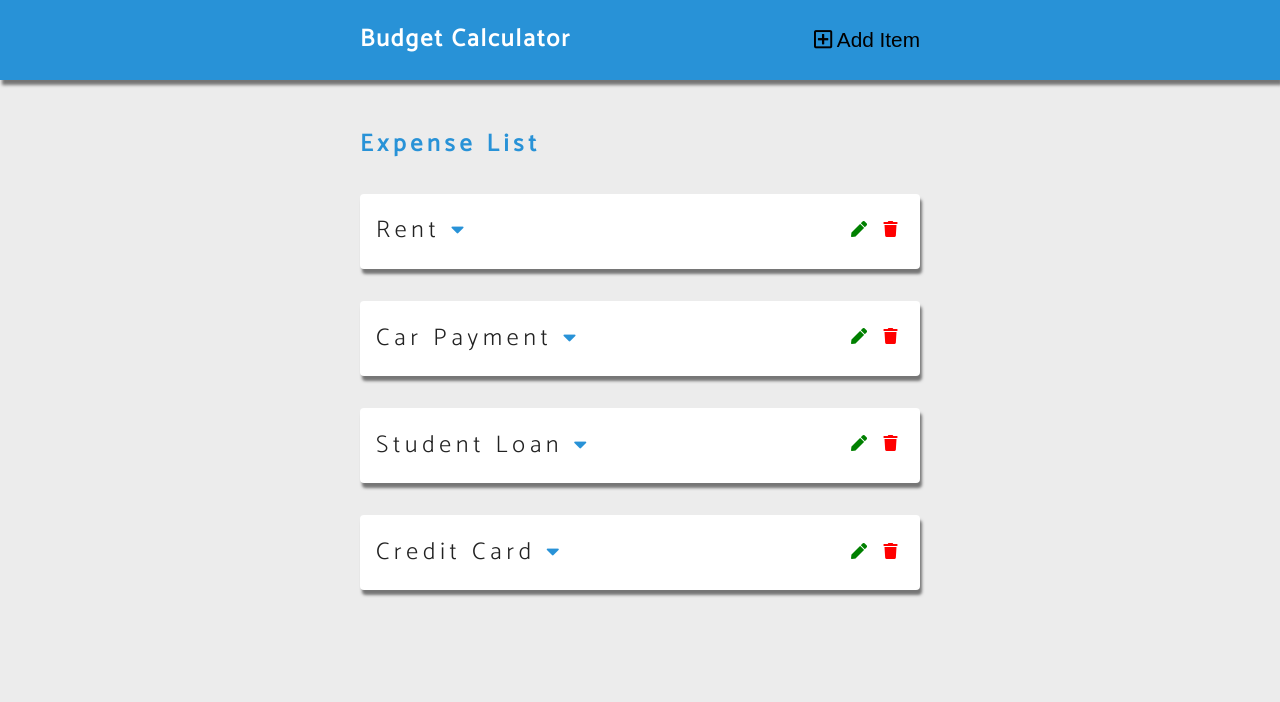
Repository: webdril/budget
Page: /
These files come from the project's save history. The page is drawn as it stood at one moment and after the next save; the edit follows.
The browser window is 1280 px wide. The pictures show the whole page.
The project was rebuilt for these pictures with package versions that can differ from the ones it lists, and the page was loaded fresh each time.

Above is the page before, as saved 2020-03-03 23:04:03.

### public/index.html
<!DOCTYPE html>
<html lang="en">
<head>
	<meta charset='utf-8'>
	<meta name='viewport' content='width=device-width,initial-scale=1'>

	<title>Budget Calculator</title>

	<link rel='icon' type='image/png' href='/favicon.png'>
	<link rel='stylesheet' href='/global.css'>
	<link rel='stylesheet' href='/build/bundle.css'>
	<!-- Font Awesome -->
	<link rel="stylesheet" href="fontawesome-free-5.11.2-web/css/all.min.css">

	<script defer src='/build/bundle.js'></script>
</head>

<body>
</body>
</html>

### src/App.svelte
<script>
import {setContext} from 'svelte';
// components
import Navbar from './Navbar.svelte'
import ExpensesList from './ExpensesList.svelte'

// Data
import expensesData from './expenses';

// variables
let expenses = [...expensesData];

// functions
function removeExpense(id){
	expenses = expenses.filter(item =>item.id !== id);
}

// context
setContext('remove', removeExpense)
</script>

<!-- CSS/STYLING -->

<Navbar />
<main class="content">
	<ExpensesList {expenses}/>
</main>

### src/Navbar.svelte
<nav class="nav">
	<div class="nav-center">
		<h1 class="nav-title">Budget Calculator</h1>
		<button type="button" class="nav-btn">
			<i class="far fa-plus-square" />
			Add Item
		</button>
	</div>
</nav>

### src/ExpensesList.svelte
<script>
import SectionTitle from './Title.svelte';
import Expense from './Expense.svelte';
export let expenses = [];
</script>

<style>
    h2 {
        text-transform: capitalize;
    }
</style>

<section>
    <SectionTitle title= 'expense list' />
    <ul>
        {#each expenses as expense, index}
            <!-- <Expense {expense}/> -->
            <!-- Anothr way below -->
            <Expense {...expense} />
            {:else}
                <h2>Currently you have no expenses</h2>
        {/each}
    </ul>
</section>

### src/Title.svelte
<script>
export let title = "default title";

</script>


<div class="main-title">
 <h2>{title}</h2>
</div>

### src/Expense.svelte
<script>
import {getContext} from 'svelte';
// export let expense
// let {name, amount} = expense
// Another method below
export let id;
export let name = "";
export let amount =0;
let displayAmount = false;

function toggleAmount () {
    displayAmount = !displayAmount
}
const removeExpense = getContext('remove');
</script>

<article class="single-expense">
    <div class="expense-infor">
        <h2>{name}
            <button class="amount-btn" on:click={toggleAmount}>
                <i class="fas fa-caret-down" />
            </button>
        </h2>
        {#if displayAmount}
        <h4>amount: ${amount}</h4>
        {/if}
    </div>
    <div class="expense-button">
        <button class="expense-btn edit-btn">
            <i class="fas fa-pen" />
        </button>
          <button class="expense-btn delete-btn"
          on:click={removeExpense(id)}>

            <i class="fas fa-trash" />
        </button>
    </div>
</article>

### public/global.css
/*
======
Fonts
======
*/
@import url("https://fonts.googleapis.com/css?family=Catamaran:300,400&display=swap");
/*
======
Variables
======
*/
:root {
  --primaryColor: #2892d7;
  --mainWhite: #fff;
  --offWhite: #f7f7f7;
  --mainBlack: #222;
  --mainGrey: #ececec;
  --darkGrey: #afafaf;
  --mainTransition: all 0.3s linear;
  --mainSpacing: 0.3rem;
  --lightShadow: 2px 5px 3px 0px rgba(0, 0, 0, 0.5);
  --darkShadow: 4px 10px 5px 0px rgba(0, 0, 0, 0.5);
  --mainBorderRadius: 0.25rem;
}
/*
======
Global Styles
======
*/
* {
  margin: 0;
  padding: 0;
  box-sizing: border-box;
}

body {
  font-family: "Catamaran", sans-serif;
  color: var(--mainBlack);
  background: var(--mainGrey);
  line-height: 1.4;
  font-size: 1rem;
  font-weight: 300;
}
h1,
h2,
h3,
h4,
h5,
h6 {
  font-family: "Catamaran", sans-serif;
  margin-bottom: 1.25rem;
  letter-spacing: var(--mainSpacing);
}
p {
  margin-bottom: 1.25rem;
}
ul {
  list-style-type: none;
}
a {
  text-decoration: none;
  color: var(--mainBlack);
}
/*
======
Buttons
======
*/
.btn,
.btn-white,
.btn-primary {
  text-transform: uppercase;
  letter-spacing: var(--mainSpacing);
  color: var(--primaryColor);
  border: 2px solid var(--primaryColor);
  padding: 0.45rem 0.8rem;
  display: inline-block;
  transition: var(--mainTransition);
  cursor: pointer;
  font-size: 0.8rem;
  border-radius: var(--mainBorderRadius);
  background: transparent;
}
.btn:hover {
  background: var(--primaryColor);
  color: var(--mainWhite);
}
.btn-white {
  background: transparent;
  color: var(--primaryColor);
  border-color: var(--primaryColor);
}
.btn-white:hover {
  background: var(--mainWhite);
  color: var(--primaryColor);
}
.btn-primary {
  background: var(--primaryColor);
  color: var(--mainWhite);
  border-color: var(--primaryColor);
}
.btn-primary:hover {
  background: transparent;
  color: var(--primaryColor);
}
.btn-block {
  width: 100%;
  display: block;
  margin: 0 auto;
  box-shadow: var(--lightShadow);
}
.disabled {
  color: var(--darkGrey);
  border-color: var(--darkGrey);
}
.disabled:hover {
  background: transparent;
  color: var(--darkGrey);
  border-color: var(--darkGrey);
}
/*
======
Navbar
======
*/
.nav {
  background: var(--primaryColor);
  height: 5rem;
  display: flex;
  align-items: center;
  box-shadow: var(--lightShadow);
}

.nav-center {
  width: 85%;
  max-width: 35rem;
  margin: 0 auto;
  display: flex;
  justify-content: space-between;
}
.nav-title {
  text-transform: capitalize;
  color: var(--mainWhite);
  margin-bottom: 0;
  letter-spacing: 2px;
}
.nav-btn {
  background: transparent;
  font-size: 1.3rem;
  border: none;
  cursor: pointer;
  text-transform: capitalize;
  transition: var(--mainTransition);
}
.nav-btn:hover {
  color: var(--darkGrey);
}
/*
======
Content
======
*/
.content {
  padding: 3rem 0;
  width: 85vw;
  max-width: 35rem;
  margin: 0 auto;
}

/*
======
Main Title
======
*/
.main-title {
  text-transform: capitalize;
  color: var(--primaryColor);
  margin-bottom: 2rem;
}
/*
======
Single Expense
======
*/
.single-expense {
  display: flex;
  justify-content: space-between;
  text-transform: capitalize;
  align-items: center;
  margin-bottom: 2rem;
  padding: 1.3rem 1rem;
  border-radius: var(--mainBorderRadius);
  background: var(--mainWhite);
  box-shadow: var(--lightShadow);
}
.single-expense h2 {
  margin-bottom: 0;
  font-weight: 300;
}
.single-expense h4 {
  margin-bottom: 0;
  margin-top: 1rem;
  font-weight: 300;
  color: var(--primaryColor);
}

.expense-btn {
  font-size: 1rem;
  background: transparent;
  border: none;
  margin: 0 0.4rem;
  transition: var(--mainTransition);
  cursor: pointer;
}
.expense-btn:hover {
  transform: scale(1.2);
}
.amount-btn {
  font-size: 1.3rem;
  background: transparent;
  border: none;
  cursor: pointer;
  color: var(--primaryColor);
}
.delete-btn {
  color: red;
}
.edit-btn {
  color: green;
}
/*
======
Expense Form
======
*/

.expense-form {
  background: var(--mainWhite);
  padding: 1.25rem 1rem;
  text-transform: capitalize;
  border-radius: var(--mainBorderRadius);
  box-shadow: var(--lightShadow);
}

.form-control label {
  display: block;
}
.form-control input {
  width: 100%;
  border: none;
  border-bottom: 2px solid var(--darkGrey);
  margin-bottom: 1.25rem;
  padding: 0.5rem;
  font-size: 1.2rem;
}
.form-empty {
  text-align: center;
  color: red;
}
.form {
  position: relative;
  margin-bottom: 5rem;
}
.close-btn {
  position: absolute;
  top: 0;
  right: 0;
  font-size: 1.2rem;
  text-transform: capitalize;
  display: flex;
  align-items: center;
  width: 4.2rem;
  justify-content: space-between;
  background: transparent;
  border: none;
  color: red;
  cursor: pointer;
}
/*
======
Modal
======
*/
.modal-container {
  position: fixed;
  top: 0;
  left: 0;
  right: 0;
  bottom: 0;
  background: rgba(0, 0, 0, 0.7);
  z-index: 2;
}
.modal-content {
  background: var(--mainWhite);
  width: 85vw;
  max-width: 35rem;
  margin: 0 auto;
  margin-top: 5rem;
  padding: 3rem;
  border-radius: var(--mainBorderRadius);
  position: relative;
}
.modal-content .expense-form {
  box-shadow: none;
}
.modal-container .form {
  margin-bottom: 0;
}
.modal-container .expense-form {
  padding: 1.25rem 0;
}
.modal-container .form {
  position: static;
}
.modal-container .close-btn {
  top: 2%;
  right: 3%;
}
/*
======
Github Users
======
*/

.user {
  margin: 2rem 0;
  box-shadow: var(--lightShadow);
  display: grid;
  grid-template-columns: auto 1fr;
  border-radius: var(--mainBorderRadius);
  grid-column-gap: 2rem;
  background: var(--mainWhite);
}
.user img {
  width: 6rem;
  border-top-left-radius: var(--mainBorderRadius);
  border-bottom-left-radius: var(--mainBorderRadius);
}
.user-info {
  padding-top: 0.75rem;
}
.user-info h3 {
  margin-bottom: 0.75rem;
}

Loaded but not shown: src/main.js (common file); src/expenses.js (common file); public/fontawesome-free-5.11.2-web/css/all.min.css (library)

After the next save:
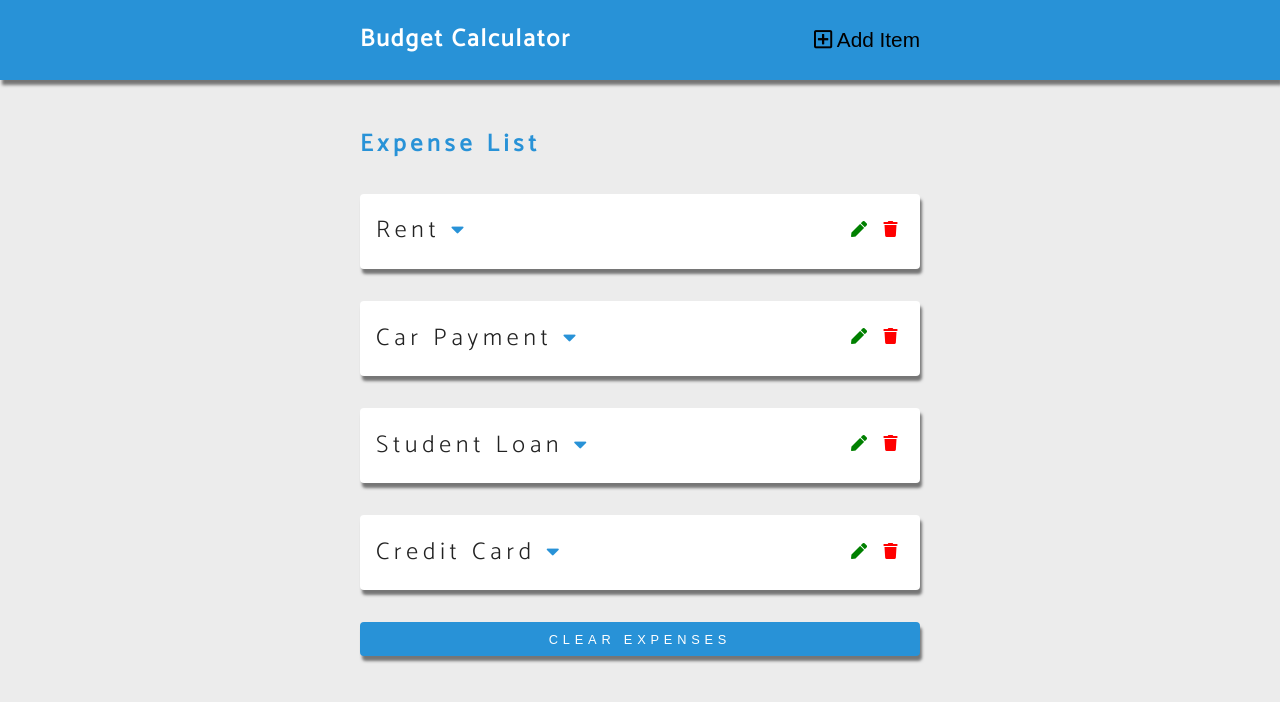
Saved 74 s later.
--- a/src/App.svelte
+++ b/src/App.svelte
@@ -24,4 +24,5 @@ setContext('remove', removeExpense)
 <Navbar />
 <main class="content">
 	<ExpensesList {expenses}/>
+	<button type="button" class="btn btn-primary btn-block"> Clear Expenses</button>
 </main>
